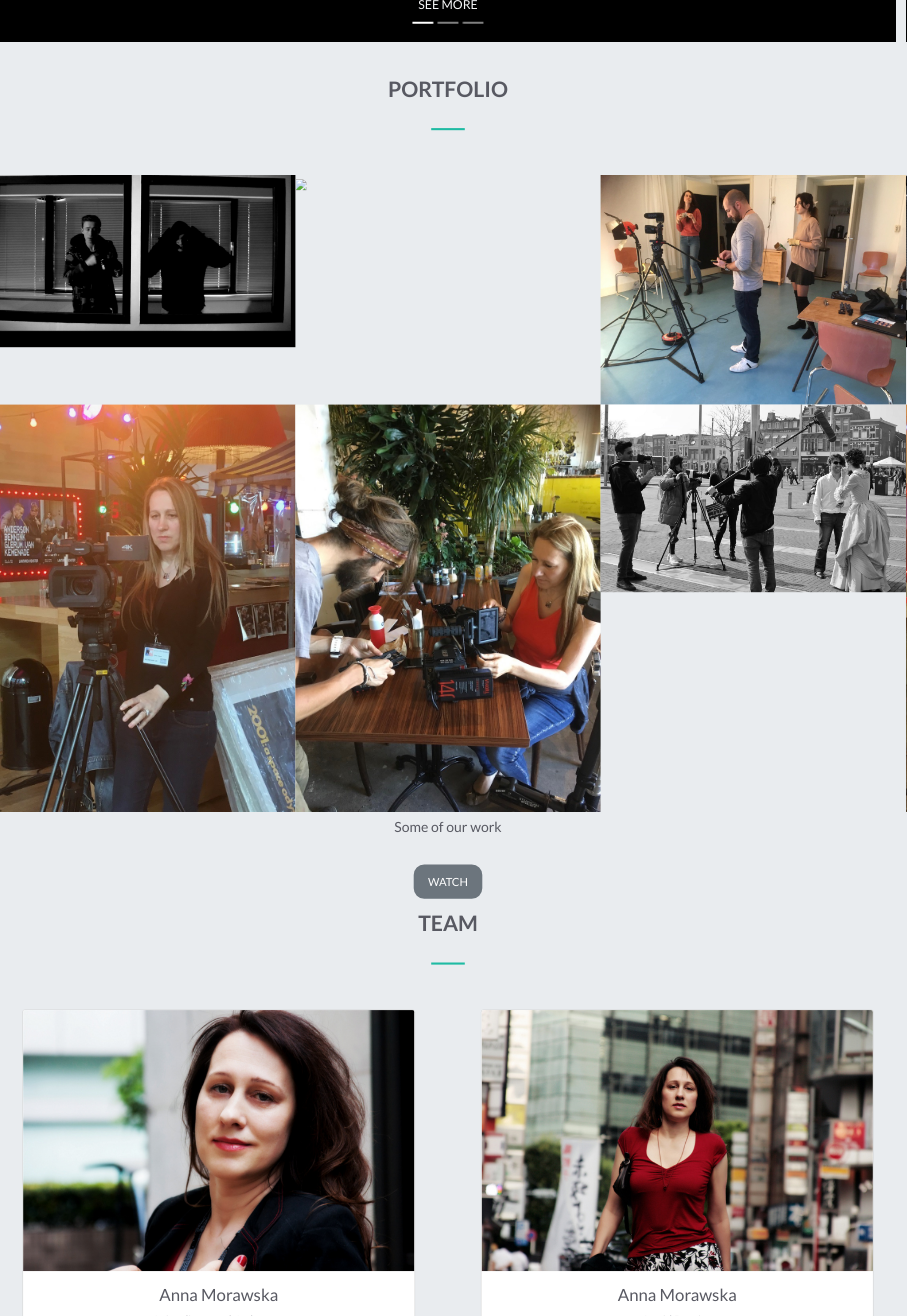
Repository: amorawskanew/My-first-website1
Page: index.html
The author's editor kept a record of every edit. The page is drawn from the files as they stood at one moment, then again after the next edit.
The browser window is 1280 px wide. The page is 1295 px wide, so the pictures cover 1295 px, including what lies to the right of the window. The pictures show the part of the page from y = 660 to 2540 px (the page is 2985 px tall before and 2903 px after), at 70% of full size.
Some web fonts or font styles are not loaded; a fallback is used. Some web libraries are served in a nearby version.

Above is the page before.
Not found: img/W.moodboard:one step.pdf

### index.html
<!DOCTYPE html>
<html lang="en">

<head>
  <meta charset="UTF-8">
  <meta name="viewport" content="width=device-width, initial-scale=1.0">
  <meta http-equiv="X-UA-Compatible" content="ie=edge">
  <link rel="stylesheet" href="https://maxcdn.bootstrapcdn.com/bootstrap/4.2.1/css/bootstrap.min.css" type="text/css" />
  <link rel="stylesheet" href="https://maxcdn.bootstrapcdn.com/font-awesome/4.7.0/css/font-awesome.min.css" type="text/css" />

  <link rel="stylesheet" href="style.css">
  <link rel="stylesheet" href="css/fixed.css">
</head>

<body data-spy="scroll" data-target="#navbarResponsive">

  <!--start home section-->

  <div id="home">

    <!--Navigation-->

    <nav class="navbar navbar-expand-md navbar-dark bg-dark fixed-top">

      <p>A&A</p>
      <button class="navbar-toggler" type="button" data-toggle="collapse" data-target="#navbarResponsive">
     <span class="navbar-toggler-icon"></span>
 </button>

      <div class="collapse navbar-collapse" id="navbarResponsive">
        <ul class="navbar-nav ml-auto">
          <li class="nav-item">
            <a class="nav-link" href="#home">Home</a>
          </li>
          <li class="nav-item">
            <a class="nav-link" href="#portfolio">Portfolio</a>
          </li>
          <li class="nav-item">
            <a class="nav-link" href="#team">Team</a>
          </li>
          <li class="nav-item">
            <a class="nav-link" href="#contact">Contact</a>
          </li>
        </ul>
      </div>
    </nav>




    <!--start image slider-->
    <div id="carouselExampleIndicators" class="carousel slide" data-ride="carousel" data-interval="7000">
      <ol class="carousel-indicators">
        <li data-target="#carouselExampleIndicators" data-slide-to="0" class="active"></li>
        <li data-target="#carouselExampleIndicators" data-slide-to="1"></li>
        <li data-target="#carouselExampleIndicators" data-slide-to="2"></li>
      </ol>
      <div class="carousel-inner" role="listbox">
        <!--slide 1-->
        <div class="carousel-item active" style="background-image: url(img/Frame_1.jpg);" alt="img/Frame_1.jpg" >
          <div class="carousel-caption text-center">
            <h1></h1>
            <a class="button btn-outline-light btn-lg" href="#portfolio"> See more</a>
          </div>
        </div>

        <!--slide 2-->
        <div class="carousel-item" style="background-image: url(img/FRAME_4.jpg);" alt="img/FRAME_4.jpg" ></div>

        <!--slide 3-->
        <div class="carousel-item" style="background-image: url(img/FRAMe_3.jpg);"  alt="img/FRAMe_3.jpg" ></div>
      </div>

      <!--end carousel-inner-->

      <!--prev&next buttons-->

      <a class="carousel-control-prev" href="#carouselExampleIndicators" role="button" data-slide="prev">
    <span class="carousel-control-prev-icon" aria-hidden="true"></span>
    <span class="sr-only">Previous</span>
  </a>
      <a class="carousel-control-next" href="#carouselExampleIndicators" role="button" data-slide="next">
    <span class="carousel-control-next-icon" aria-hidden="true"></span>
    <span class="sr-only">Next</span>
  </a>
    </div>

    <!--end of image slider-->


  </div>


  <!--end home section-->


  <!--start PORTFOLIO SECTION-->

  <div id="portfolio" class="offset">

  <div class="jumbotron container-fluid">
    <h3 class= "heading">Portfolio</h3>
    <div class= "heading-underline"></div>
  </div>


  <div class="row no-padding">

    <div class="col-sm-4">
      <div class="portfolio>">
        <a href="img/W.Film Noir.jpg" target="_blank">
          <img src="img/W.Film Noir.jpg">
          </a>
      </div>
    </div>



    <div class="col-sm-4">
      <div class="portfolio>">
        <a href="img/W.moodboard:one step.pdf" target="_blank">
          <img src="img/W.moodboard:one step.pdf">
          </a>
      </div>
    </div>


    <div class="col-sm-4">
      <div class="portfolio>">
        <a href="img/IMG_3219.jpeg" target="_blank">
          <img src="img/IMG_3219.jpeg">
          </a>
      </div>
    </div>


    <div class="col-sm-4">
      <div class="portfolio>">
        <a href="img/IMG_3897.jpeg" target="_blank">
          <img src="img/IMG_3897.jpeg">
          </a>
      </div>
    </div>



    <div class="col-sm-4">
      <div class="portfolio>">
        <a href="img/IMG_4222.jpeg" target="_blank">
          <img src="img/IMG_4222.jpeg">
          </a>
      </div>
    </div>


    <div class="col-sm-4">
      <div class="portfolio>">
          <a href="img/PjDexEpZSQCEN6ft97mkTA_thumb_f36.jpg" target="_blank">
          <img src="img/PjDexEpZSQCEN6ft97mkTA_thumb_f36.jpg">
          </a>
        </div>
      </div>

      </div>

      <div class="narrow text-center">
        <div class="col-12">
          <p class="lead"> Some of our work</p>
          <a class="btn btn-secondary btn-md" href="https://vimeo.com/335774954" target="_blank">WATCH</a>

        </div>

      </div>


    </div>

    <!--end row->



    </div><!--end jumbotron-->



    <!--end portfolio section-->

    <!--start team section-->
<div class=wrapper>
    <div id="team" class="offset">
      <div class="col-12 text-center">
        <h3 class="heading">Team</h3>
        <div class="heading-underline"></div>
      </div>
      <div class="row padding">
        <div class="col-md-6">
          <div class="card text-center">
            <img class="card-img-top" src="img/030.JPG">
            <div class="card-body">
              <h4>Anna Morawska</h4>
              <p>I visualize people's dreams</p>
            </div>
          </div>
        </div>

        <div class="col-md-6">
          <div class="card text-center">
            <img class="card-img-top" src="img/054.JPG ">
            <div class="card-body">
              <h4>Anna Morawska</h4>
              <p>Astrid Davtian</p>
            </div>
          </div>
        </div>

      </div>
      <!--end of row-->
</div>
    </div>

    <!--end team section-->

    <!--start contact section-->
 <footer>

    <div id="contact" class="offset"></div>
      <div class="row justify-content-center">
        <div class="col-md-5">
           <p> We ctraete art 4 U </p>
          <strong>Contact info</strong>
          <p>(31) 6 13074449<br>email@yahoo.com</p>
          <a href="https://vimeo.com/manage/videos" target="_blank"><i class="fab fa-vimeo" aria-hidden="true"></i></a>
          <a href="https://www.facebook.com/anna.morawska" target="_blank"><i class="fab fa-facebook-square"></i></a>
          <a href="https://www.instagram.com/morawska690/" target="_blank"><i class="fab fa-instagram"></i></a>
        </div>
        <hr class="socket"> &copy;Anna Morawska

       </div>
      <!--end of row-->
    </footer>

    <!--end-->


    <script src=" https://use.fontawesome.com/releases/v5.6.1/js/all.js"></script>
    <script src="https://code.jquery.com/jquery-3.4.1.slim.min.js"></script>
    <script src="https://cdnjs.cloudflare.com/ajax/libs/popper.js/1.15.0/umd/popper.min.js"></script>
    <script src="https://stackpath.bootstrapcdn.com/bootstrap/4.3.1/js/bootstrap.min.js"></script>

</body>

</html>

### style.css
@import url('https://fonts.googleapis.com/css?family=Lato:400,700');
@import url('https://fonts.googleapis.com/css?family=Raleway,:300,400,500,700,900');
@import url('https://fonts.googleapis.com/css?family=Great+Vibes&display=swap |font-effect-fire-animation');

body {

    overflow-x: hidden;
    font-family: 'Lato', sans-serif;
    color: #585962;
     background-color:#e9ecef;
    width:100%;



}

.offset:before {
    height: 3.8rem;
    margin-top: -3.8rem;
    content: "";
    display: block;

}

/*Navbar style*/

.navbar {
    text-transform: uppercase;
    font-weight: 700;
    font-size: .9rem;
    background: rgba(0, 0, 0, .6);
    color:white;
}

.navbar-nav li {
    padding-right: .7rem;

}

.navbar-dark .navbar-nav .nav-link {

    color: white;
    padding-top: .8rem;
}

.navbar-dark .navbar-nav .nav-link .active,
.navbar-dark .navbar-nav .nav-link:hover {
    color: #9966ff;
}

/*--slider--*/


.carousel-item {
    height: 100vh;
    background-size: cover;
    background-repeat: no-repeat;
    width:100%;

}

/*---remove it---*/
.carousel-caption h1{
    font-size:6rem;
    font-weight  :500;
     font-family: 'Great Vibes';
    color:white;
    text-align:center;
    background-color:no;
    margin-bottom:15rem;
    text-shadow:.1rem .1rem .5rem black;
}

/*---up to here--*/

.btn-lg {
    border-width: medium;
    border-radius: 10px;
    font-size: 1.1rem;
    text-transform: uppercase;
}


/*-----*/



.btn-md {
    border-width: medium;
    border-radius: 15px;
    padding: .6rem 1.1rem;
    text-transform: uppercase;
    margin: 1rem;
}

/* text above portfolio--*/

.jumbotron {
    border-radius: 0;
    padding: 3rem 0 2rem;
    margin-bottom:0;

}

 .heading  {
    font-size: 1.9rem;
    font-weight: 700;
    text-transform: uppercase;
    padding-bottom: 1.9rem;
    text-align: center;
}


.heading-underline {
    width: 3rem;
    height: .2rem;
    background-color: #1ebba3;
    margin: 0 auto 2rem;
}
/*--portfolio---*/


  .col-sm-4 img {

    transition:transform .5s ease;
    background-size: cover;
   max-width:100%;
    padding:0;
    margin:0;

}

.no-padding .col-sm-4
   {
        padding:0;
    }

.col-sm-4 img:hover {
      transform: scale(1.1);
      cursor: zoom-in;
  }
  .portfolio {
      overflow:hidden;

  }

   /*---text --some of our work --*/

  .lead{
      padding:.4rem;
  }
      /*team----*/
      .card {
          margin: 2rem;

      }

      /*---contact--*/

    footer {
    text-align:center;
    background-color:#40474e;
    color:white;
    padding: 2rem 0 3rem;
    margin-top: 1rem;
    width:100%;

    }

    footer a {
        color:white;
    }

    footer svg.svg-inline--fa {
        font-size:1.6rem;
        margin: 1.2rem .5rem 0 0;
    }

    footer svg.svg-inline--fa:hover {
        color:#9966ff;
    }

    hr.socket{
        border-top: 2rem solid #666b71;
        width:100%;
    }

     /*--media queries--*/

   @media (max-width:767px) {
   .btn-lg {
       font-size: 1.1rem;
   }
   .carousel-caption h1 {
    font-size:3rem;
    margin-bottom:15rem;

}

}

Loaded but not shown: css/fixed.css (no stored copy; drawn as an empty file)

After the next edit:
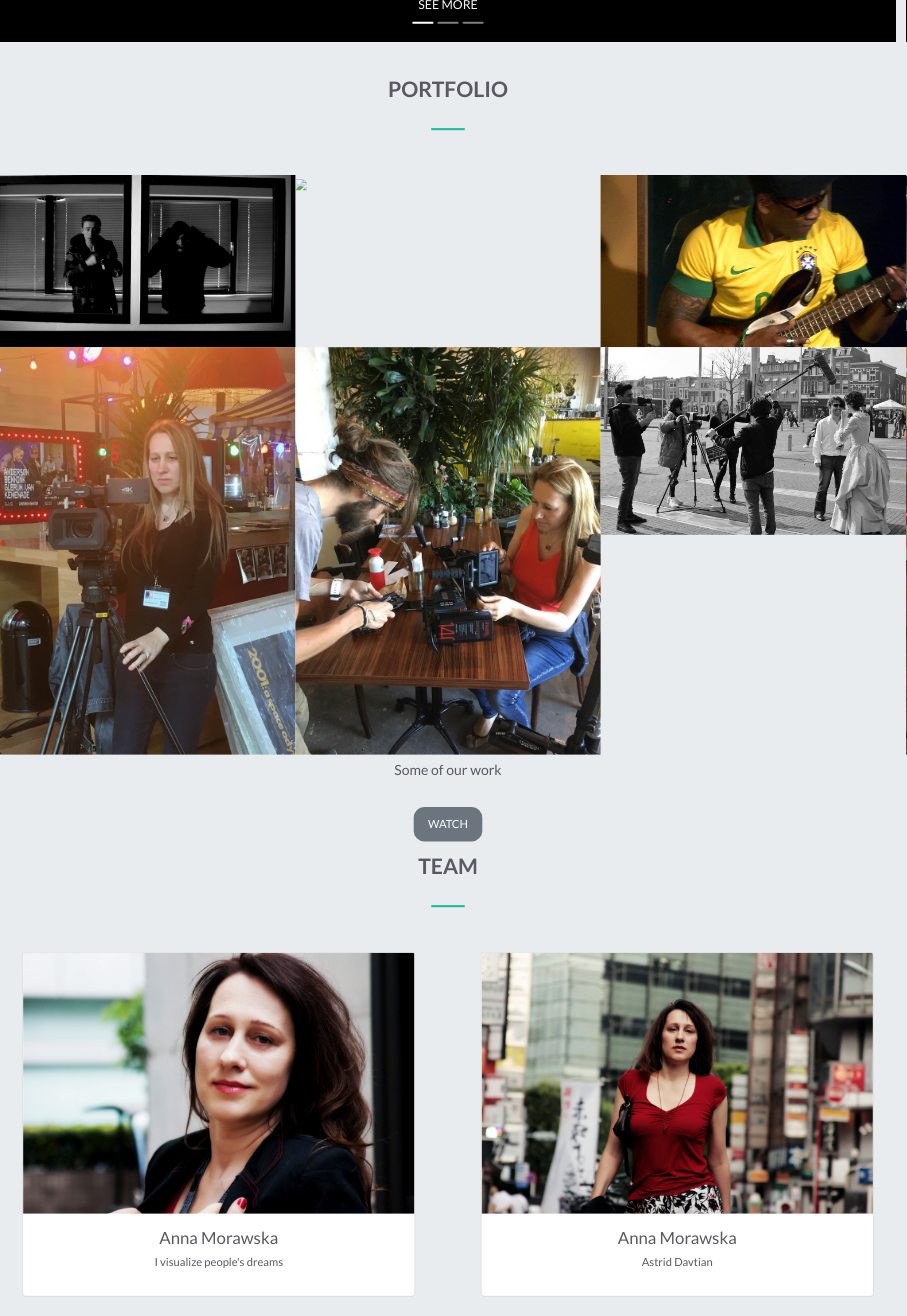
The edit:
--- a/index.html
+++ b/index.html
@@ -127,8 +127,8 @@
 
     <div class="col-sm-4">
       <div class="portfolio>">
-        <a href="img/IMG_3219.jpeg" target="_blank">
-          <img src="img/IMG_3219.jpeg">
+        <a href="img/W.Milan.jpg" target="_blank">
+          <img src="img/W.Milan.jpg">
           </a>
       </div>
     </div>
